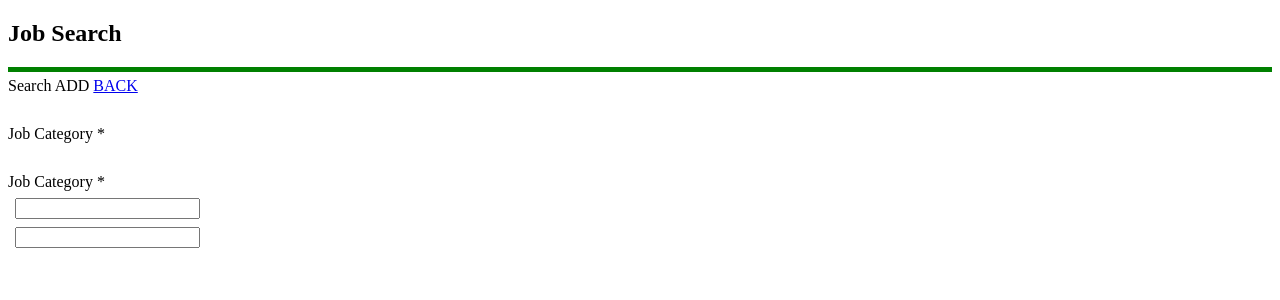
Repository: anvarhaseeb/jobPortalSystem
Page: http://localhost/public_html/Search.jsp
These files come from the project's save history. The page is drawn as it stood at one moment and after the next save; the edit follows.
The browser window is 1280 px wide. The pictures show the whole page.
The page is served by Tomcat 9. Other server files are loaded and not shown.

Above is the page before, as saved 2024-01-10 05:46:37.

### JOB/public_html/WEB-INF/classes/struts.xml
<?xml version="1.0" encoding="UTF-8"?>
<!DOCTYPE struts PUBLIC
   "-//Apache Software Foundation//DTD Struts Configuration 2.5//EN"
   "https://struts.apache.org/dtds/struts-2.5.dtd">

<struts>
	<constant value="true" name="struts.devMode" />
	   <constant name="struts.custom.i18n.resources" value="Bundle" />
	<package name="home" extends="struts-default">



		<action name="home" class="com.job.action.JobAction"
			method="home">
			<result name="success">Job.jsp</result>
			<result name="error">error.jsp</result>
		</action>
		<action name="signOut" class="com.job.action.JobAction"
			method="signOut">
			<result name="success">SignOut.jsp</result>
			<result name="error">error.jsp</result>
		</action>

		<action name="searchPage" class="com.job.action.JobAction"
			method="searchPage">
			<result name="success">Search.jsp</result>
			<result name="error">error.jsp</result>
		</action>

		<action name="addPage" class="com.job.action.JobAction"
			method="addPage">
			<result name="success">JobPost.jsp</result>
			<result name="error">error.jsp</result>

		</action>

		<action name="toEditPage" class="com.job.action.JobAction"
			method="editPage">
			<result name="success">JobPost.jsp</result>
			<result name="error">error.jsp</result>
		</action>

		<action name="actionNames" class="com.job.action.JobAction"
			method="action">
			<result name="success">Search.jsp</result>
			<result name="Edit">JobList.jsp</result>
			<result name="error">error.jsp</result>
			<result name="input">JobPost.jsp</result>

		</action>


		<action name="search" class="com.job.action.JobAction"
			method="search">
			<result name="success">JobList.jsp</result>
			<result name="error">error.jsp</result>
		</action>

		<action name="jobDelete" class="com.job.action.JobAction"
			method="jobDelete">
			<result name="success">JobList.jsp</result>
			<result name="error">error.jsp</result>
		</action>

		<action name="viewPages" class="com.job.action.JobAction"
			method="viewPage">
			<result name="success">ViewJob.jsp</result>
			<result name="error">error.jsp</result>
		</action>
		<action name="cancel" class="com.job.action.JobAction"
			method="cancel">
			<result name="success">JobList.jsp</result>
			<result name="error">error.jsp</result>
		</action>



		 <action name="reportDownload" class="com.job.action.JobAction" method="reportDownload">
			<result name="error">error.jsp</result>
			</action>


	</package>
</struts>

### JOB/public_html/Search.jsp
<!--
Search.jsp :- the jsp for to search the job  -->

<%@ page language="java" contentType="text/html; charset=UTF-8"
	pageEncoding="UTF-8"%>
<%@ taglib prefix="s" uri="/struts-tags"%>

<!DOCTYPE html>
<html>
<head>
<meta charset="UTF-8">
<title>Search Page</title>

</head>
<body>

	<div style="margin-bottom: 5px; border-bottom: 5px solid green;">
		<h2 class="mt-2"><%-- <s:text name="jobsearch.message" /> --%>
		<s:text name="jobsearch.message"/></h2>
	</div>

	<a class="btn btn-primary mt-2" onclick="searchJob()"><s:text name="search.button"/></a>
	<a class="btn btn-primary mt-2" onclick="addPages()"><s:text name="add.button"/></a>
	<a class="btn btn-secondary mt-2" href="home"><s:text name="back.button"/></a>


		<s:if test="hasActionMessages()">
			<div class="alert alert-success alert-dismissible fade show"
				role="alert">
				<h4><s:text name="success"/> !</h4>
				<s:actionmessage />
				<button type="button" class="btn-close" data-bs-dismiss="alert"
					aria-label="Close"></button>
			</div>
		</s:if>

		<div class="row">
			        <s:form onsubmit="searchJob() ; return false" id="searchForm" class="d-flex"
                method="post">

<div class=" row">
                                <div style="width: 150px; padding-top: 30px;"
                                        class="col-6 col-form-label">
                                        <s:label for="categoryName" style="">
                                                <label><s:text name="JobCategory" /></label>

                                                <span class='text-danger'>*</span>
                                        </s:label>
                                </div>
                                <div class="col-6 ">
                                        <s:textfield type="text" name="model.category.categoryName"
                                                maxlength="255" id="categoryName" class="form-control mb-2"
                                                placeholder="%{getText('messages.enter')} %{getText('messages.category')} %{getText('messages.name')}" />
                                </div>
                        </div>
                        <div class="row">
                                <div style="width: 150px; padding-top: 30px;"
                                        class="col-6 col-form-label">
                                        <s:label for="categoryName" style="">
                                                <label><s:text name="JobCategory" /></label>

                                                <span class='text-danger'>*</span>
                                        </s:label>
                                </div>
                                <div class="col-6 ">
                                        <s:textfield type="text" name="model.category.categoryName"
                                                maxlength="255" id="categoryName" class="form-control mb-2"
                                                placeholder="%{getText('messages.enter')} %{getText('messages.category')} %{getText('messages.name')}" />
                                </div>
                        </div>
        </s:form>



	</div>


</body>
</html>

After the next save:
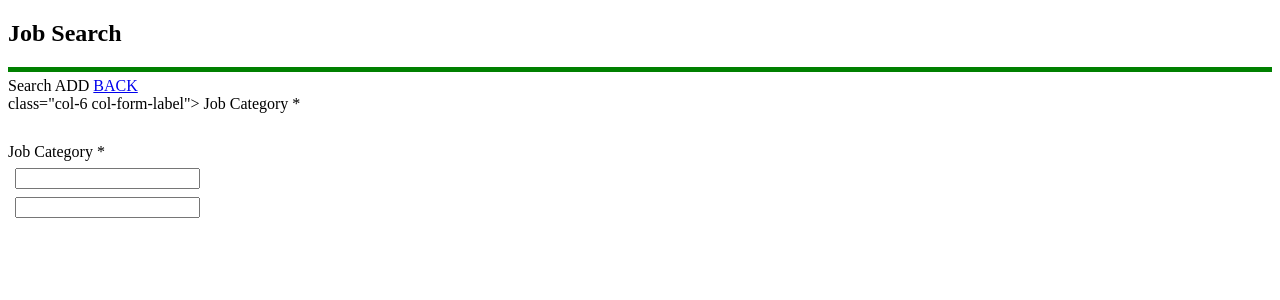
Saved 5 s later.
--- a/JOB/public_html/Search.jsp
+++ b/JOB/public_html/Search.jsp
@@ -39,7 +39,6 @@
                 method="post">
 
 <div class=" row">
-                                <div style="width: 150px; padding-top: 30px;"
                                         class="col-6 col-form-label">
                                         <s:label for="categoryName" style="">
                                                 <label><s:text name="JobCategory" /></label>

After the save that followed:
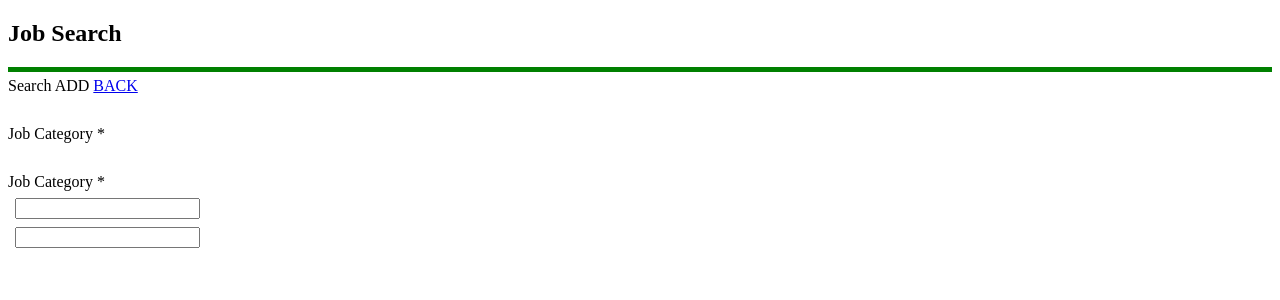
Saved 10 s later.
--- a/JOB/public_html/Search.jsp
+++ b/JOB/public_html/Search.jsp
@@ -39,6 +39,7 @@
                 method="post">
 
 <div class=" row">
+                                <div style="width: 150px; padding-top: 30px;"
                                         class="col-6 col-form-label">
                                         <s:label for="categoryName" style="">
                                                 <label><s:text name="JobCategory" /></label>
